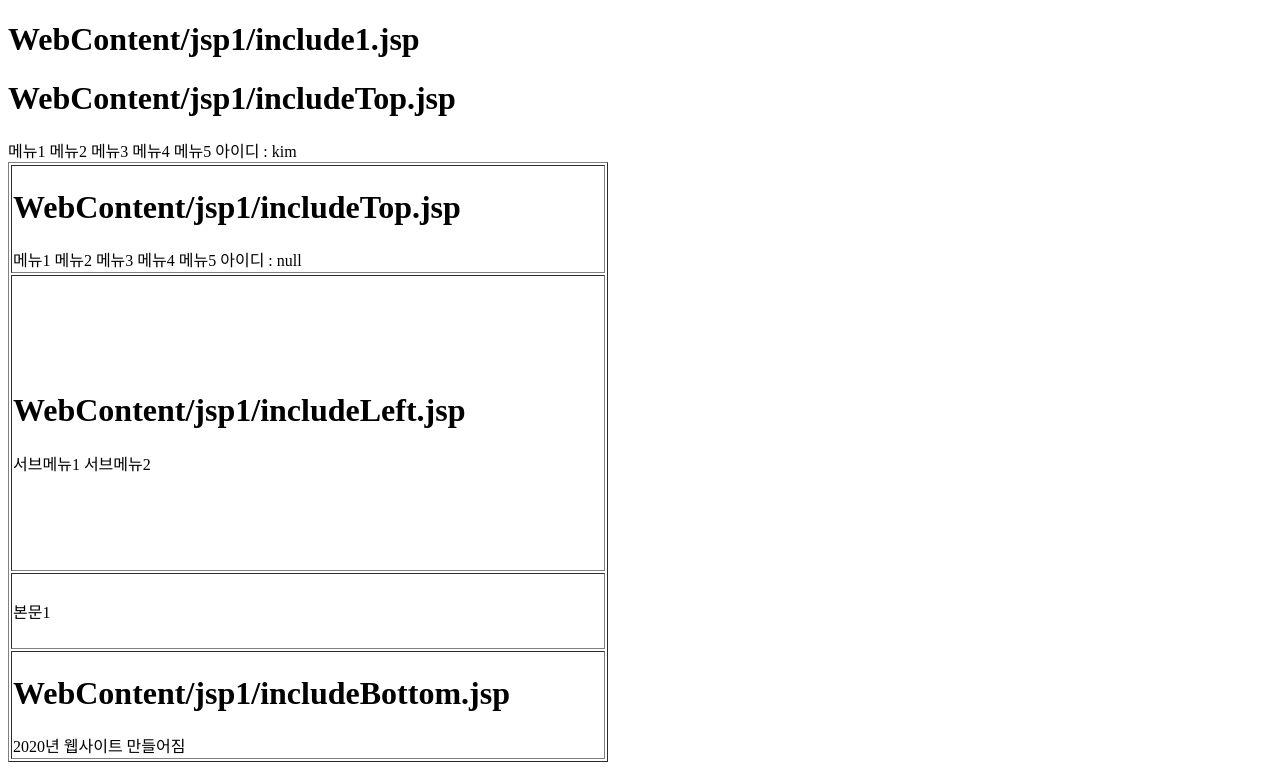
Repository: ReadStar/workspace_jsp
Page: http://localhost/StudyJSP/jsp1/include1.jsp
The author's editor kept a copy of each file at every save. The page is drawn from the files as they stood at one save, then again after a run of saves.
The browser window is 1280 px wide. The pictures show the whole page.
The page is served by Tomcat 9.

Above is the page before, as saved 2020-08-13 03:13:50.

After the next 2 saves:
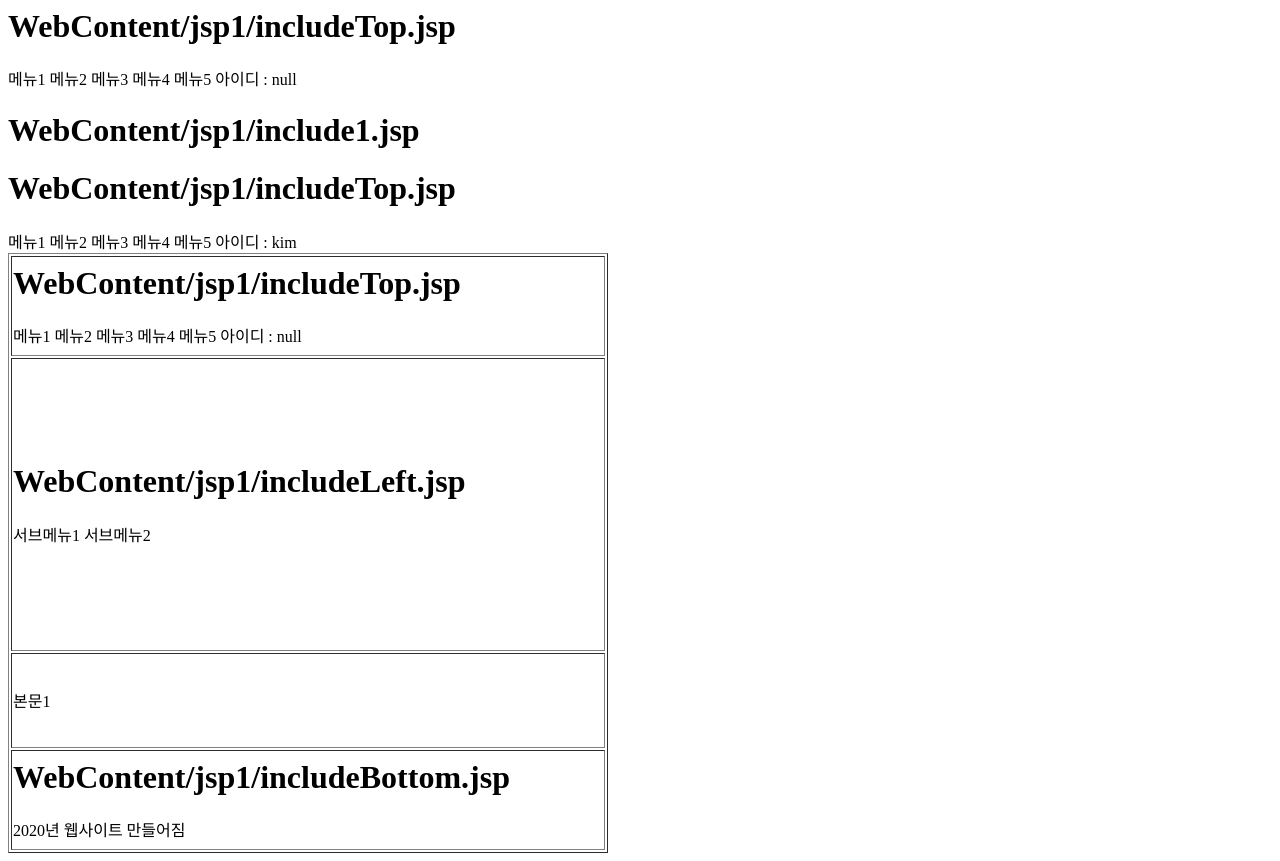
The 2 saves are shown as one change because 1 did not build or start.
The last was saved 45 s later.
--- a/StudyJSP/WebContent/jsp1/include1.jsp
+++ b/StudyJSP/WebContent/jsp1/include1.jsp
@@ -1,5 +1,6 @@
 <%@ page language="java" contentType="text/html; charset=UTF-8"
     pageEncoding="UTF-8"%>
+    <%@ include file="includeTop.jsp" %>
 <!DOCTYPE html>
 <html>
 <head>
